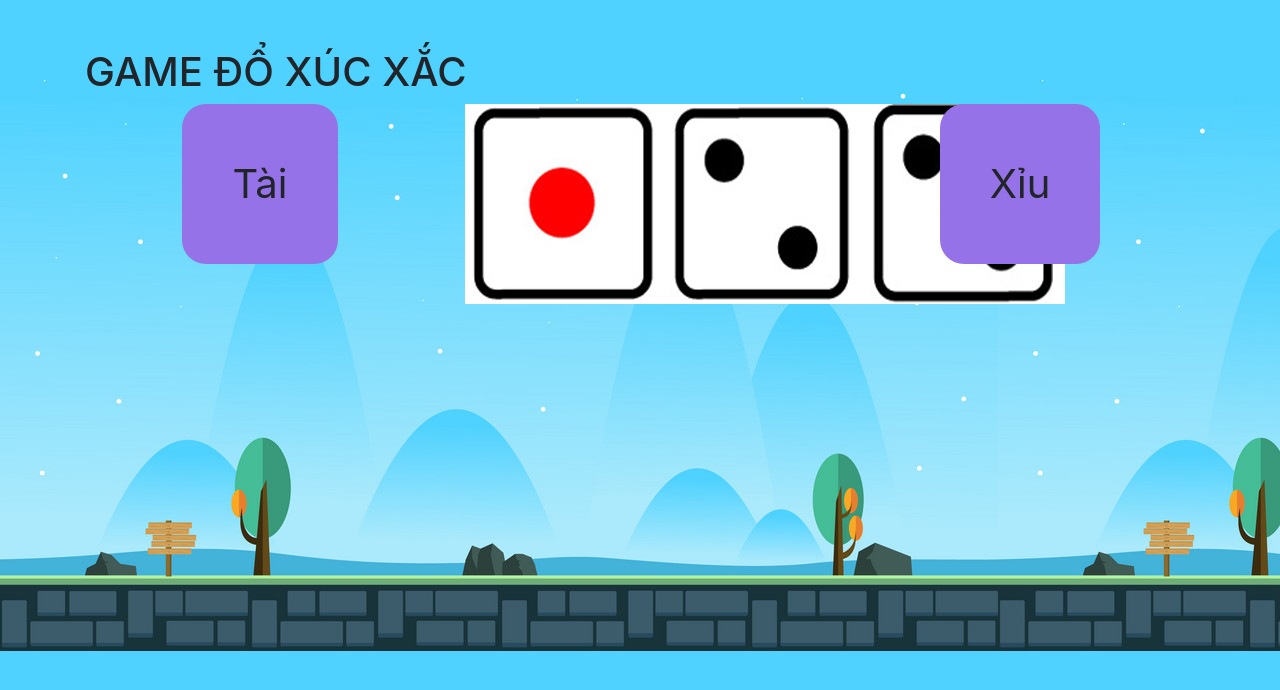
Repository: dovanthao2404/game-xuc-sac
Page: /
These files come from the project's save history. The page is drawn as it stood at one moment and after the next save; the edit follows.
The browser window is 1280 px wide. The pictures show the whole page.
The project was rebuilt for these pictures with package versions that can differ from the ones it lists, and the page was loaded fresh each time.

Above is the page before, as saved 2021-09-11 13:07:47.

### public/index.html
<!DOCTYPE html>
<html lang="en">

<head>
  <meta charset="utf-8" />
  <link rel="icon" href="%PUBLIC_URL%/favicon.ico" />
  <meta name="viewport" content="width=device-width, initial-scale=1" />
  <meta name="theme-color" content="#000000" />
  <meta name="description" content="Web site created using create-react-app" />
  <link rel="apple-touch-icon" href="%PUBLIC_URL%/logo192.png" />
  <link rel="manifest" href="%PUBLIC_URL%/manifest.json" />
  <title>React App</title>
  <link rel="stylesheet" href="https://cdn.jsdelivr.net/npm/bootstrap@4.6.0/dist/css/bootstrap.min.css"
    integrity="sha384-B0vP5xmATw1+K9KRQjQERJvTumQW0nPEzvF6L/Z6nronJ3oUOFUFpCjEUQouq2+l" crossorigin="anonymous">
  <link rel="stylesheet" href="%PUBLIC_URL%/css/style.css">
</head>

<body>
  <noscript>You need to enable JavaScript to run this app.</noscript>
  <div id="root"></div>
</body>

</html>

### src/index.css
body {
  margin: 0;
  padding: 0;
  box-sizing: border-box;
  font-family: -apple-system, BlinkMacSystemFont, 'Segoe UI', 'Roboto', 'Oxygen',
    'Ubuntu', 'Cantarell', 'Fira Sans', 'Droid Sans', 'Helvetica Neue',
    sans-serif;
  -webkit-font-smoothing: antialiased;
  -moz-osx-font-smoothing: grayscale;
}

code {
  font-family: source-code-pro, Menlo, Monaco, Consolas, 'Courier New',
    monospace;
}

### src/App.js


function App() {
  return (
    <div className="main">
      <div className="container mt-5">
        <div className="title">
          <h1>GAME ĐỔ XÚC XẮC</h1>
        </div>
        <div>
          <div class="row justify-content-between">
            <div className="col-4">
              <div className="type d-flex justify-content-center align-items-center">
                <span>Tài</span>
              </div>
            </div>
            <div className="col-4">
              <div className="d-flex">
                <img src="./images/1.png" alt="" />
                <img src="./images/2.png" alt="" />
                <img src="./images/3.png" alt="" />
              </div>
            </div>
            <div className="col-4">
              <div className="type d-flex justify-content-center align-items-center">
                <span>Xỉu</span>
              </div>
            </div>
          </div>
        </div>
      </div>
    </div>
  );
}

export default App;

### public/css/style.css
.main {
  background-image: url(./../images/bgGame.png);
  top: 0;
  left:0;
  right: 0;
  bottom: 0;
  display: block;
  position: absolute;
  z-index: -10;
}

.type span{
  display: block;
  padding: 50px;
  border-radius: 24px;
  font-size: 40px;
  background: rgb(149, 114, 231);
}

Loaded but not shown: src/index.js (common file); src/reportWebVitals.js (common file)

After the next save:
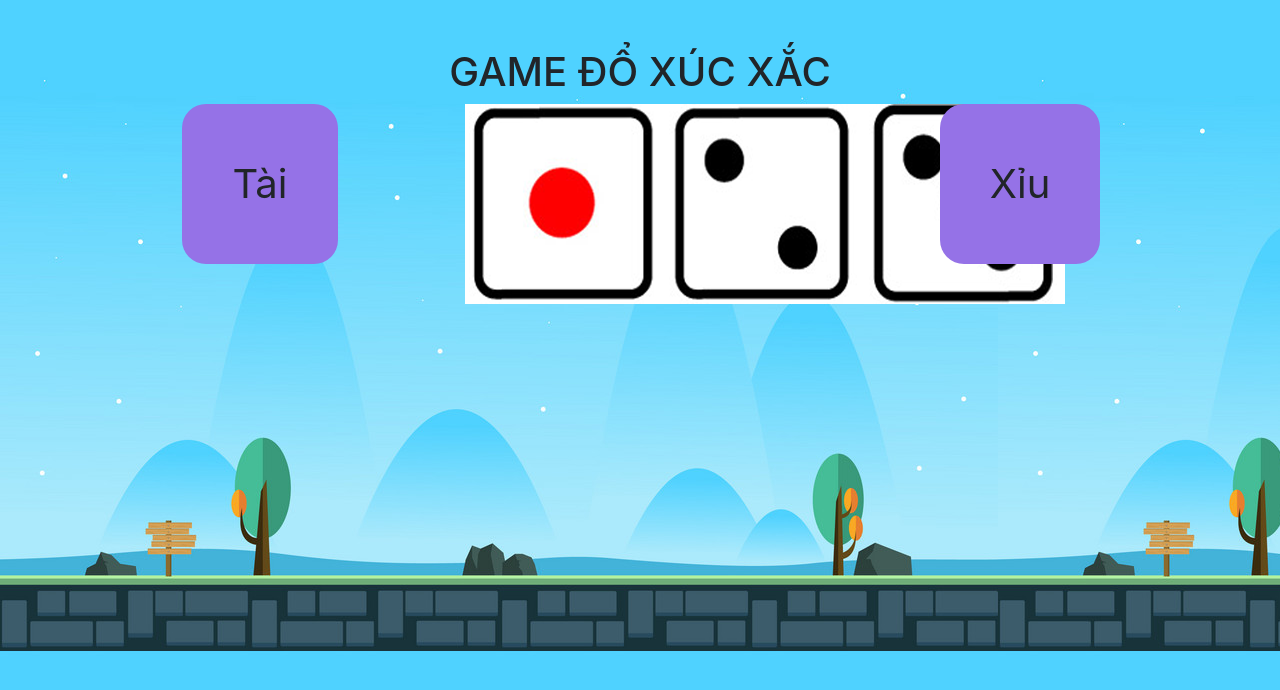
Saved 9 s later.
--- a/src/App.js
+++ b/src/App.js
@@ -5,7 +5,7 @@ function App() {
     <div className="main">
       <div className="container mt-5">
         <div className="title">
-          <h1>GAME ĐỔ XÚC XẮC</h1>
+          <h1 className="text-center">GAME ĐỔ XÚC XẮC</h1>
         </div>
         <div>
           <div class="row justify-content-between">
